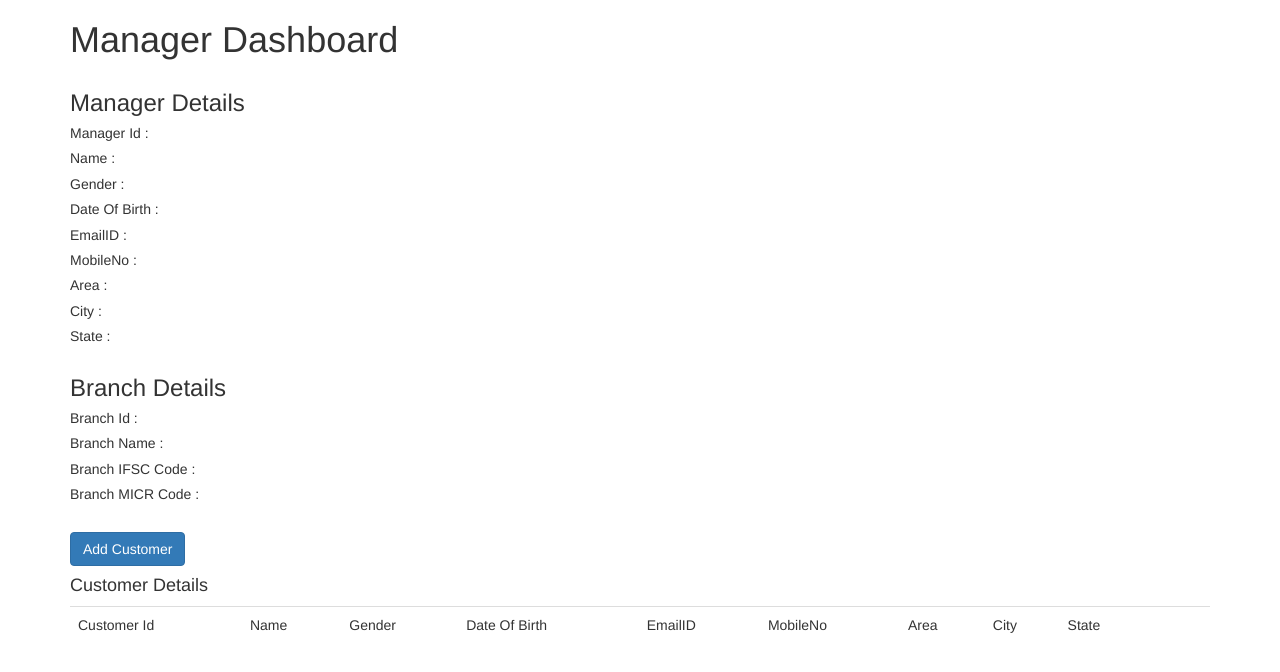
Repository: Shubham-Gawade/SpringHibernateTraining
Page: http://localhost/xorbankonline/WEB-INF/pages/managerhome.jsp
An editor plug-in stored every save of this project. The page is shown before and after the next save, followed by the edit.
The browser window is 1280 px wide. The pictures show the whole page.
The page is served by Tomcat 9. Nobody is signed in. The template is opened directly, without the code that normally fills it, so the values that code supplies are empty.

Above is the page before, as saved 2021-10-07 08:35:27.

After the next save:
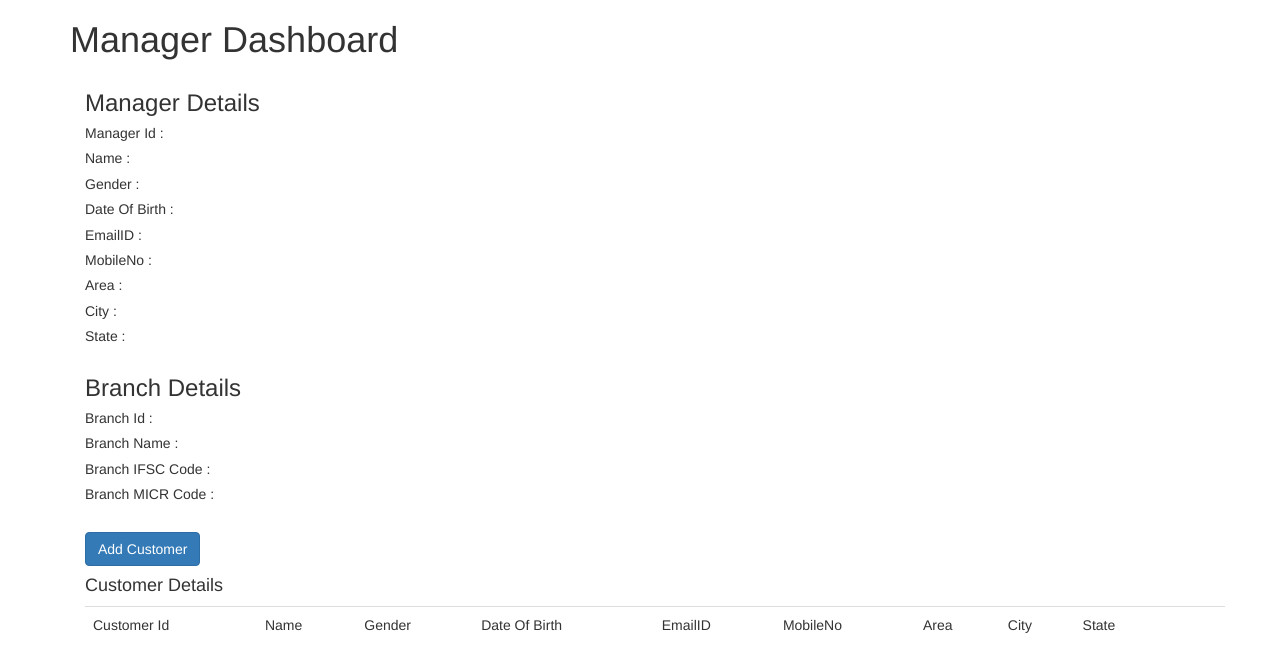
Saved 2 min 20 s later.
--- a/xorbankonline/src/main/webapp/WEB-INF/pages/managerhome.jsp
+++ b/xorbankonline/src/main/webapp/WEB-INF/pages/managerhome.jsp
@@ -15,6 +15,7 @@
 </script></head>
 <body class="container">
 	<h1>Manager Dashboard</h1>
+	<div class="container">
 	<div class="row">
 		<div class="col-md-7">
 			<h3>Manager Details</h3>
